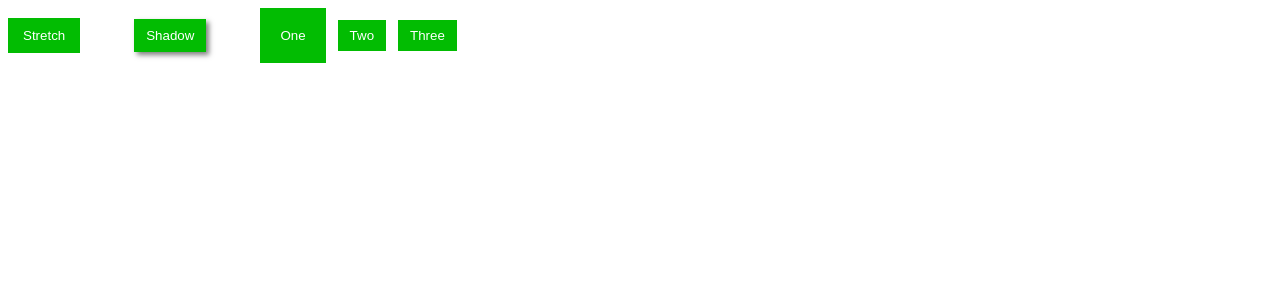
Repository: Kurumilli/Youtube
Page: 4i.html
These files come from the project's save history. The page is drawn as it stood at one moment and after the next save; the edit follows.
The browser window is 1280 px wide. The pictures show the whole page.
The pointer rests on the first visible `.stretch-button`.

Above is the page before, as saved 2025-01-29 20:17:14.

After the next save:
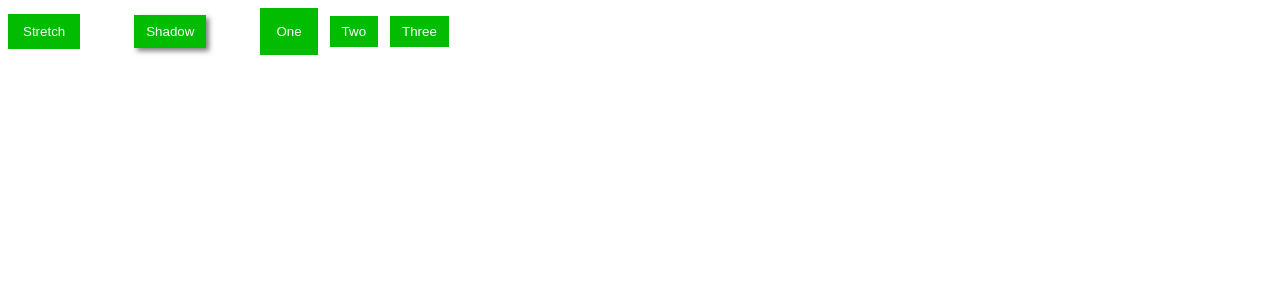
Saved 47 s later.
--- a/4i.html
+++ b/4i.html
@@ -56,10 +56,10 @@ box-shadow: 3px 3px 5px rgba(0,0,0,0.5);
 }
 
 .stretch-button:hover{
-    padding-top :20px;
-    padding-bottom :20px;
-    padding-left:20px;
-    padding-right :20px;
+    padding-top :16px;
+    padding-bottom :16px;
+    padding-left:16px;
+    padding-right :16px;
 
 }
 </style>
